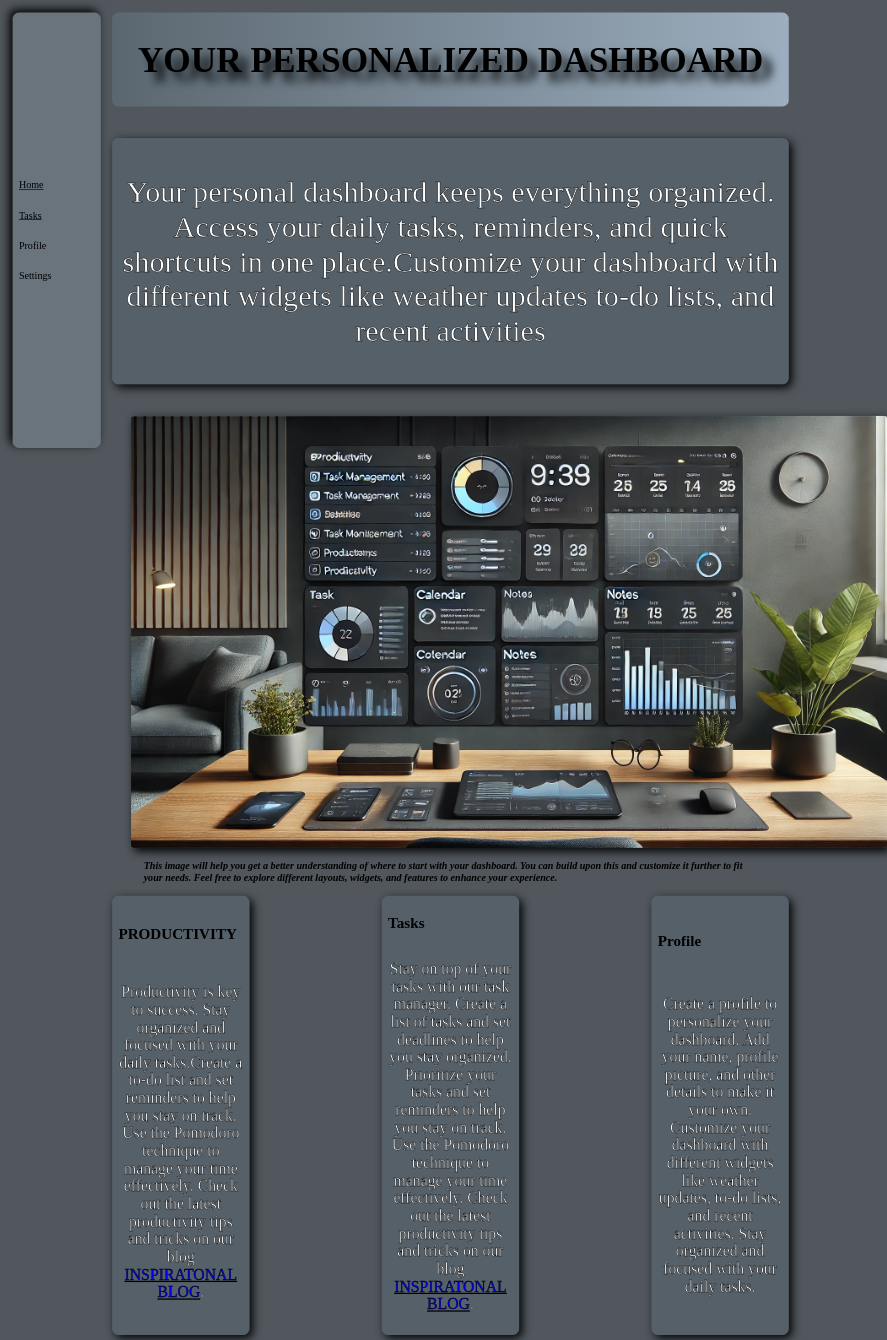
Repository: Parnicoza/testecomplete
Page: testcomplet-14.html
These files come from the project's save history. The page is drawn as it stood at one moment and after the next save; the edit follows.
The browser window is 1280 px wide. The page is 1408 px wide, so the pictures cover 1408 px, including what lies to the right of the window. The pictures show the whole page, at 63% of full size.

Above is the page before, as saved 2025-02-28 13:57:54.

### testcomplet-14.html
<!DOCTYPE html>
<html lang="en">

<head>
    <title>Personal Dashboard</title>
    <link rel="stylesheet" href="stilizaretestcomplet-14.css">
    <link rel="icon" href="imaginitestecomplete/dashboard.ico">
</head>

<body>
    <div class="background-for-the-heading" id="Home">
        <h1 class="main-heading">Your Personalized Dashboard</h1>
    </div>

    <div class="thesamebackground">
        <p class="paragraph-gradient">Your personal dashboard keeps everything organized. Access your daily tasks,
            reminders, and quick shortcuts in one place.Customize your dashboard with different widgets like weather
            updates to-do lists, and recent activities</p>
    </div>

    <div class="divimage">
        <figure>
            <img src="imaginitestecomplete/productivity.jpg" alt="productivity image" width="1200" class="image"
                title="Productivity image" usemap="#dashboard-map" id="Tasks">
            <map name="dashboard-map">
                <area shape="rect" coords="341,127,487,280" href="https://blog.productivity.directory/"
                    alt="Productivity blog" target="_blank">
                <area shape="rect" coords="670,134,825,280" href="https://blog.productivity.directory/"
                    alt="Productivity blog" target="_blank">
            </map>
            <figcaption class="figcaption">This image will help you get a better understanding of where to start with
                your dashboard.
                You can build upon this and customize it further to fit your needs.
                Feel free to explore different layouts, widgets, and features to enhance your experience.
            </figcaption>
        </figure>
    </div>

    <div class="Dashboard">
        <div class="sidebar">
            <ul class="list">
                <li><a href="#Home" class="home" title="Press here to go to home page">Home</a></li>
                <li><a href="#Tasks" class="home" title="Click here to go to Tasks">Tasks</a></li>
                <li>Profile</li>
                <li>Settings</li>
            </ul>
        </div>
    </div>

    <div class="BLOCKS">
        <div class="blocks"> <!--Acesta este primul block-->
            <h2 class="headingforblock">Productivity</h2>
            <p class="paragraph-gradient1">Productivity is key to success. Stay organized and focused with your daily
                tasks.Create a to-do list and set reminders to help you stay on track. Use the Pomodoro technique to
                manage your time effectively. Check out the latest productivity tips and tricks on our blog
                <a href="https://blog.productivity.directory/" target="_blank"
                    title="Press here to find more tips and tricks">INSPIRATONAL BLOG</a>.
            </p>
        </div>

        <div class="blocks"><!--Acesta este al doilea block-->
            <h2 class="heading">Tasks</h2>
            <p class="paragraph-gradient1">Stay on top of your tasks with our task manager. Create a list of tasks and
                set deadlines to help you stay organized. Prioritize your tasks and set reminders to help you stay on
                track. Use the Pomodoro technique to manage your time effectively. Check out the latest productivity
                tips and tricks on our blog
                <a href="https://blog.productivity.directory/" target="_blank"
                    title="Press here to find more tips and tricks">INSPIRATONAL BLOG</a>.
            </p>
        </div>

        <div class="blocks"><!--Acesta este al treilea block-->
            <h2 class="heading">Profile</h2>
            <p class="paragraph-gradient1">Create a profile to personalize your dashboard. Add your name, profile picture,
                and other details to make it your own. Customize your dashboard with different widgets like weather
                updates, to-do lists, and recent activities. Stay organized and focused with your daily tasks.
            </p>

        </div>
    </div>
</body>

</html>

### stilizaretestcomplet-14.css
body{
    background-color:#51575D;
}

.main-heading{
    text-align: center;
    text-transform: uppercase;
    text-shadow: 15px 15px 15px black;
    font-size: 3.5em;
    color: black;
}

.background-for-the-heading{
    background: linear-gradient(to right, #5B6770, #9CAEBF);
    margin: 20px;
    padding: 5px;
    border-radius: 10px;
    margin-left: 170px;
}

.thesamebackground{
    background-color: rgba(91, 103, 112, 0.6) ;
    margin-left: 170px;
    margin-top: 50px;
    text-align: center;
    padding: 10px;
    border-radius: 10px;
    box-shadow: 5px 5px 15px black;
    margin-right: 20px;
}

.paragraph-gradient{
    color: #ffff;
    font-size: 3em;
    -webkit-text-stroke: 0.7px black;
    text-align: center;
}

.quote{
    border: 1px dotted black;
    padding: 10px;
    margin-left: 150px;
}

.divider{
    border: none;
    height: 4px;
    background-color: lightgray;
    border: 3px dotted black;
    margin: 14px;
    margin-left: 150px;
}

.image{
    border-radius: 5px;
    box-shadow: 5px 5px 15px black;
    display: block;
    margin: 0 auto;
}

.picture{
    margin-left: 160px;
}

.Dashboard{
    display: flex;
}

.sidebar{
    display: flex;
    flex-direction: column;
   width: 140px;
   position: fixed;
   left: 0;
   top: 0;
   height: 96vh;
   justify-content: center;
   margin: 20px;
   background-color: #6A747D;
    border-radius: 10px;
    box-shadow: -5px -5px 15px black;

}

.list{
    list-style-type: none;
    display: flex;
    flex-direction: column;
    gap: 30px;
    padding: 0;
    margin-left: 10px;
}

.container{
    margin-left: 160px;
}

.divimage{
    display: block;
    margin-left: 160px;
    margin-top: 50px;

}

.figcaption{
    font-style: italic;
    font-weight: bold;
    margin: 20px;
}

.home{
    color: black;
}

.BLOCKS{
    display: flex;
    flex-direction: row;
    justify-content: space-evenly;
    gap: 20px;
}
.blocks{
    display: flex;
    flex-direction: column;
    justify-content: space-evenly;
    width: 350px;
    margin-left: 170px;
    background-color: rgba(91, 103, 112, 0.6);
    box-shadow: 5px 5px 15px black;
    border-radius: 10px;
    padding: 10px;
    margin-right: 20px;
}

.headingforblock{
    text-align: left;
    text-transform: uppercase;
    font-weight: bold;
    color: black;
    display: flex;
}

.paragraph-gradient1{
    color: #ffff;
    -webkit-text-stroke: 0.6px black;
    font-size: 25px;
    text-align: center;
}

After the next save:
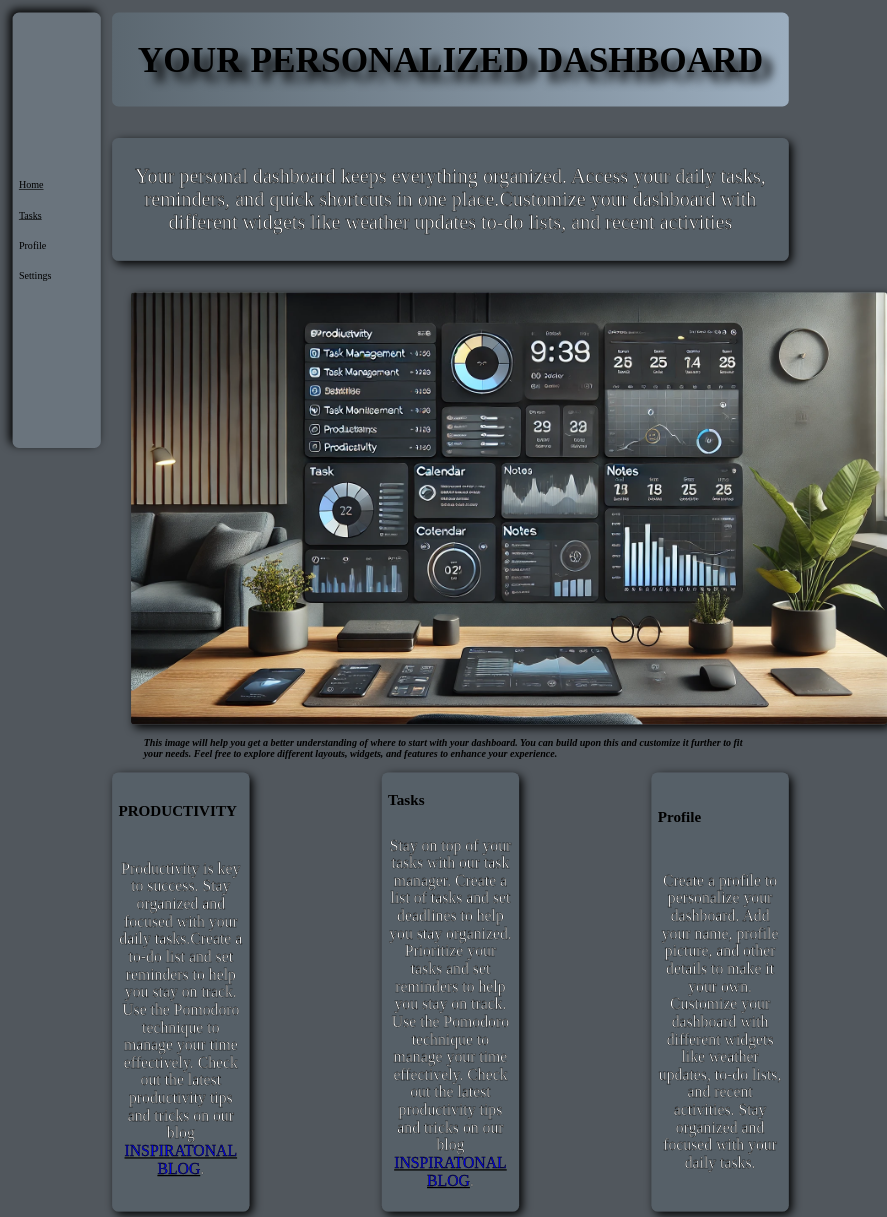
Saved 3 min 38 s later.
--- a/stilizaretestcomplet-14.css
+++ b/stilizaretestcomplet-14.css
@@ -31,7 +31,7 @@ body{
 
 .paragraph-gradient{
     color: #ffff;
-    font-size: 3em;
+    font-size: 2em;
     -webkit-text-stroke: 0.7px black;
     text-align: center;
 }
